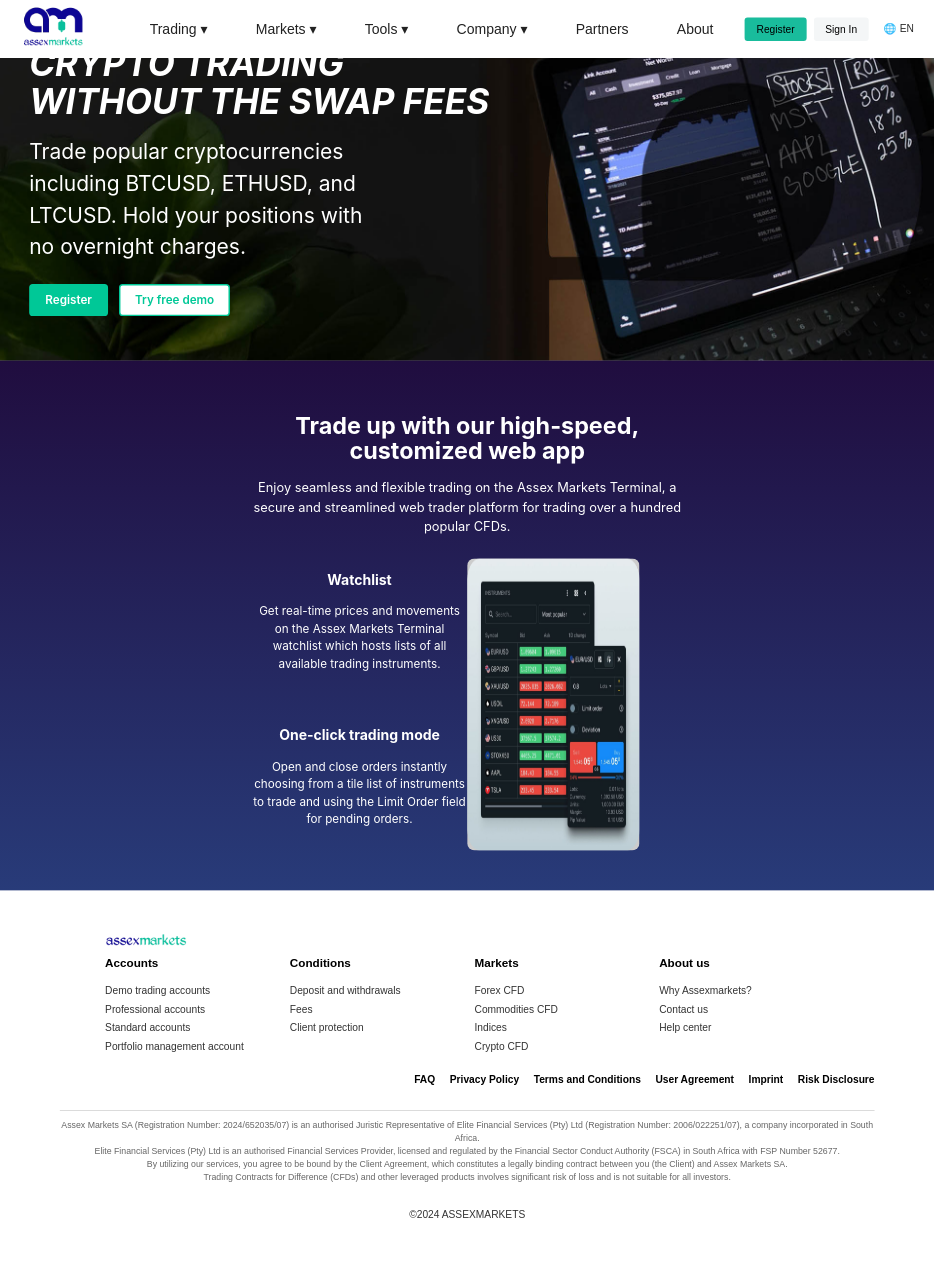
Repository: RevenewMarketing/Assex
Page: /webinar
An editor plug-in stored every save of this project. The page is shown before and after the next save, followed by the edit.
The browser window is 1280 px wide. The pictures show the whole page, at 73% of full size.
The project was rebuilt for these pictures with package versions that can differ from the ones it lists, and the page was loaded fresh each time. Also part of the build but not shown: vite.config.ts, src/pages/home/sections/HeroSection.module.css, src/pages/home/sections/HeroSection.tsx, src/pages/home/sections/Section2.tsx, src/pages/home/sections/Section3.tsx, src/pages/home/sections/Section4.tsx, src/pages/home/sections/Section5.tsx, src/pages/home/sections/Section6.tsx and 32 more.

Above is the page before, as saved 2024-11-29 12:14:59.

After the next save:
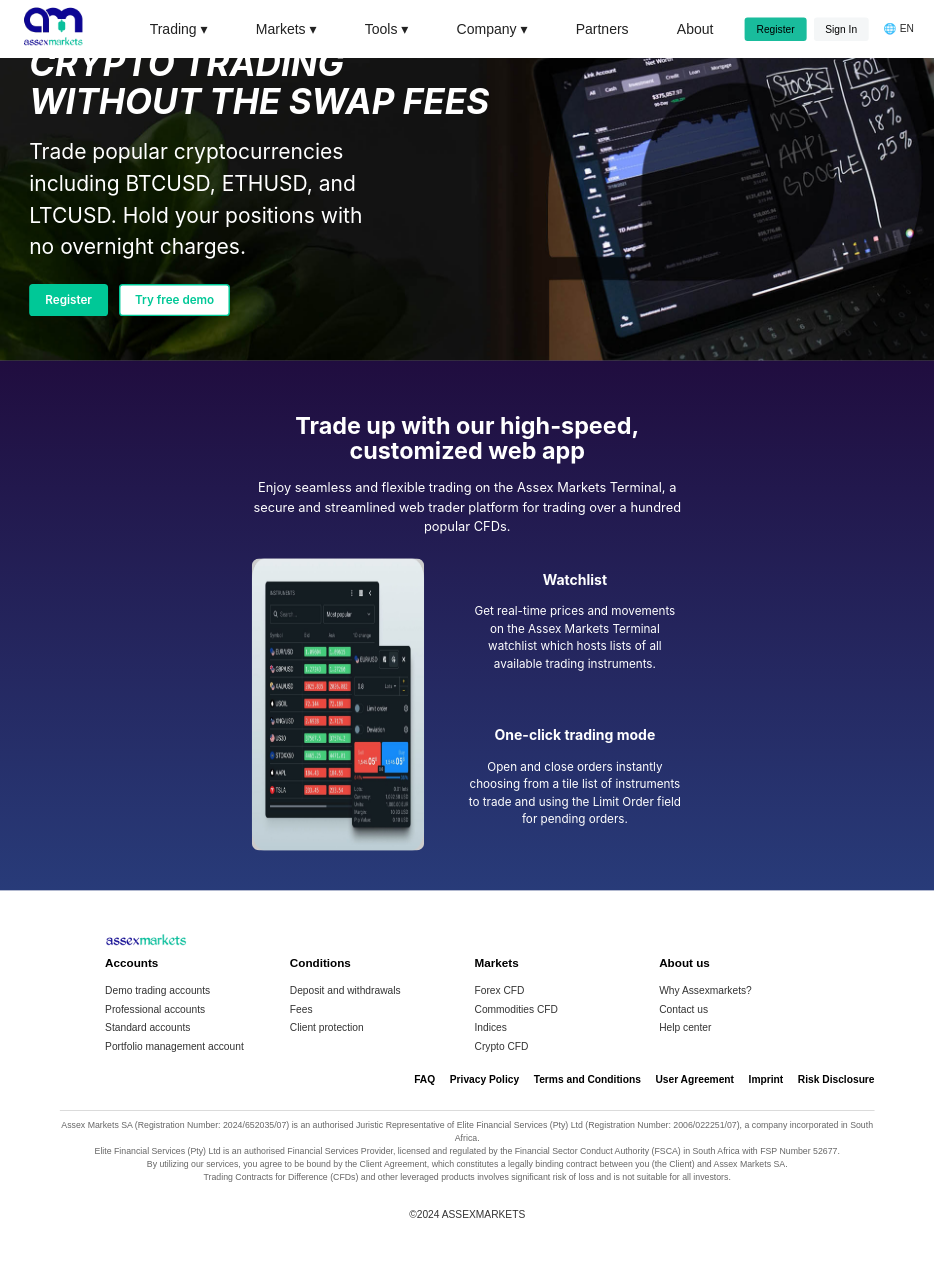
Saved 35 s later.
--- a/src/pages/web-terminal/sections/Section2.module.css
+++ b/src/pages/web-terminal/sections/Section2.module.css
@@ -14,10 +14,13 @@
 }
 
 .innerContents {
-  display: flex;
-  flex-direction: row;
-  flex-wrap: wrap;
-  width: 100%;
+  display: flex
+  ;
+      flex-direction: row-reverse;
+      flex-wrap: wrap;
+      width: 100%;
+      justify-content: space-between;
+      align-content: center;
 }
 
 .title {
